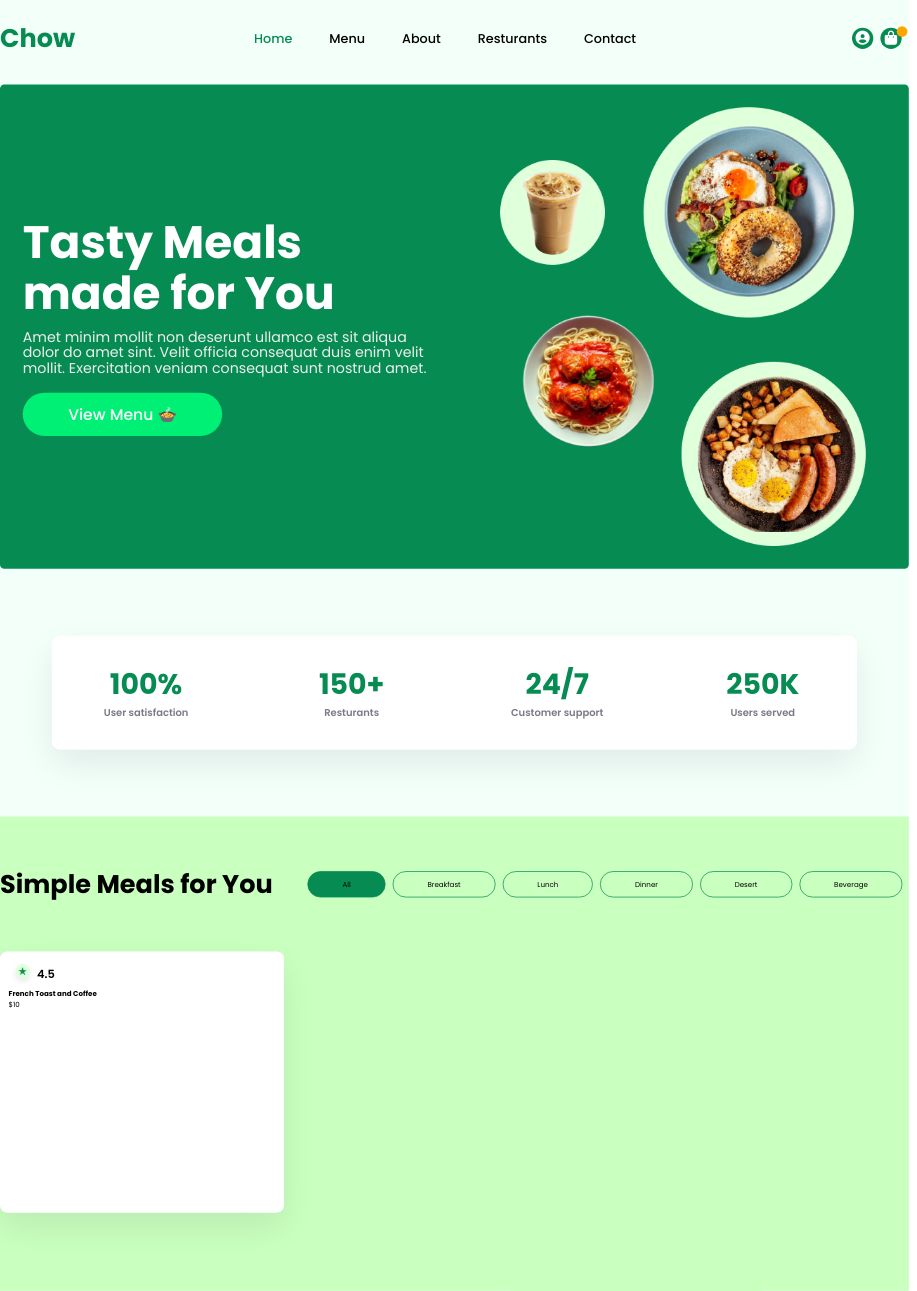
Repository: nguyennam1029/balbal
Page: index.html
These files come from the project's save history. The page is drawn as it stood at one moment and after the next save; the edit follows.
The browser window is 1280 px wide. The page is 1292 px wide, so the pictures cover 1292 px, including what lies to the right of the window. The pictures show the whole page, at 71% of full size.
Some web libraries are served in a nearby version.

Above is the page before, as saved 2022-07-01 22:18:19.

After the next save:
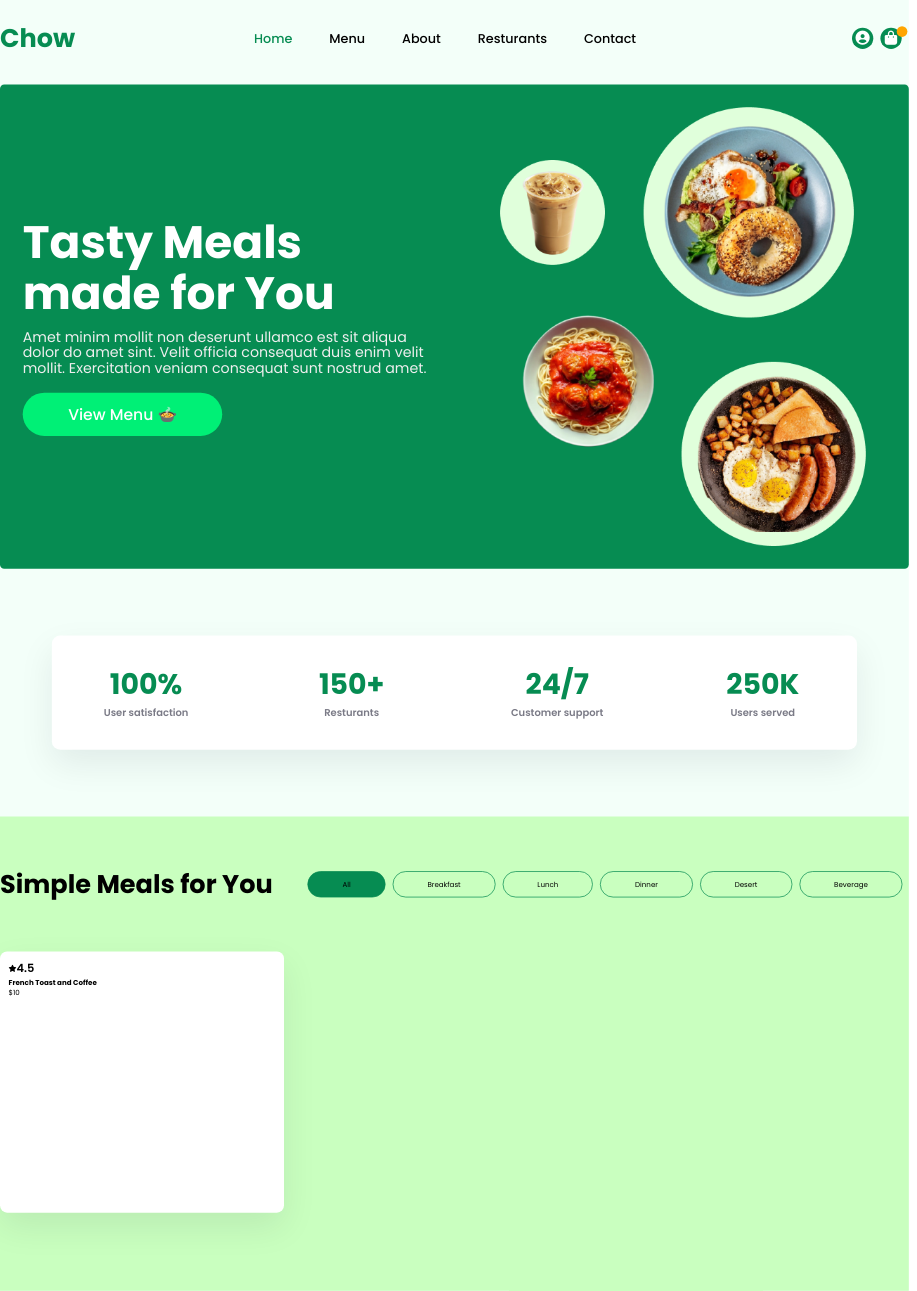
Saved 81 s later.
--- a/index.html
+++ b/index.html
@@ -122,7 +122,7 @@
               <div class="col l-4 m-6 l-12">
                 <div class="product-item">
                   <div class="product-item--rating">
-                    <img src="images/star.png" alt="" />
+                    <i class="fa-solid fa-star"></i>
                     <span>4.5</span>
                   </div>
                   <div class="product-item--content">
